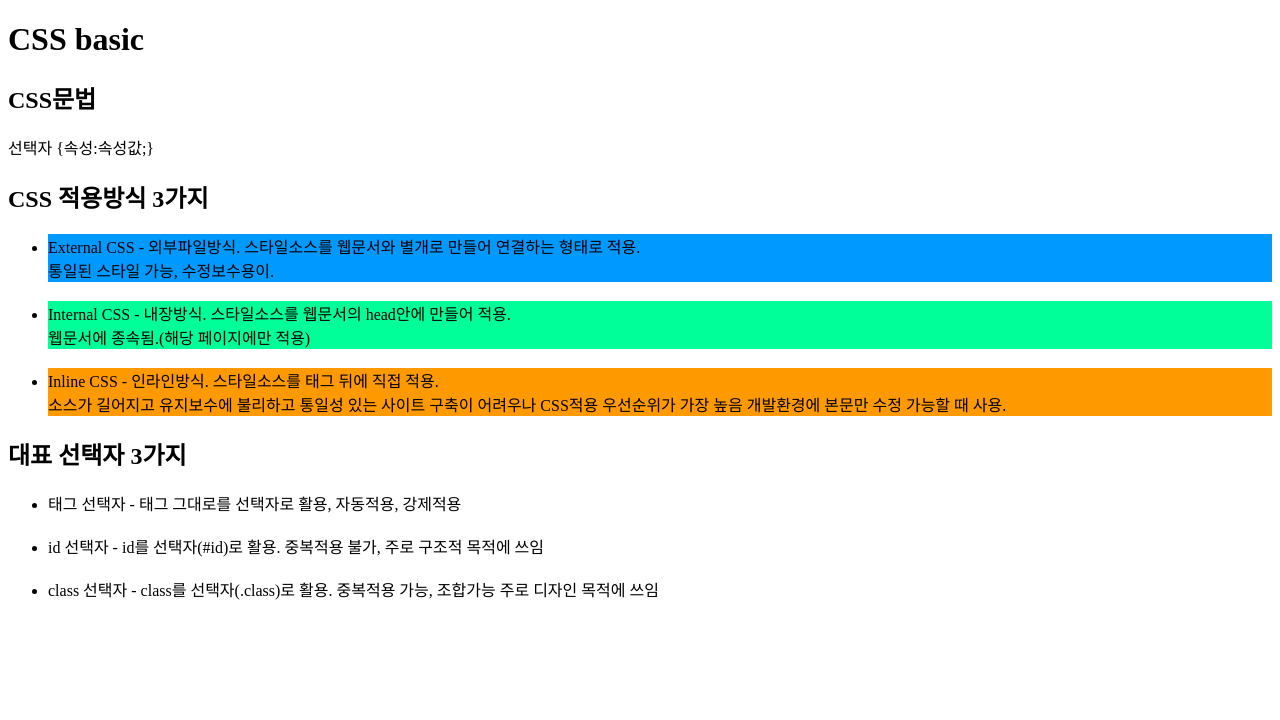
Repository: Git-Seokcoding/WEB
Page: CSS3/src/main/webapp/basic.html
An editor plug-in stored every save of this project. The page is shown before and after the next save, followed by the edit.
The browser window is 1280 px wide. The pictures show the whole page.

Above is the page before, as saved 2023-10-12 08:14:48.

### CSS3/src/main/webapp/basic.html
<!DOCTYPE html>
<html>
<head>
<meta charset="UTF-8">
<title>CSS basic</title>
	<link href="basic.css" rel="stylesheet">
	<!--external css방식-->

	<style type="text/css">
	/*internal css방식 */
		li {margin-bottom: 1.2em;}
		#in {background-color:#0f9;}
	</style>
</head>
<body>
	<h1>CSS basic</h1>
	<h2>CSS문법</h2>
	<p>선택자 {속성:속성값;}</p>

	<h2>CSS 적용방식 3가지</h2>
	<ul>
		<li id="ex">External CSS
		- 외부파일방식. 스타일소스를 웹문서와 별개로 만들어 연결하는 형태로 적용. <br>
		  통일된 스타일 가능, 수정보수용이.</li>
		<li id="in">Internal CSS
		- 내장방식. 스타일소스를 웹문서의 head안에 만들어 적용.<br>
		  웹문서에 종속됨.(해당 페이지에만 적용)</li>
		<li style="background-color: #f90;">Inline CSS
		<!--Inline css방식 -->
		- 인라인방식. 스타일소스를 태그 뒤에 직접 적용. <br>
		  소스가 길어지고 유지보수에 불리하고 통일성 있는 사이트 구축이 어려우나 CSS적용 우선순위가 가장 높음
		  개발환경에 본문만 수정 가능할 때 사용.</li>
	</ul>

	<h2>대표 선택자 3가지</h2>
	<ul>
	<li>태그 선택자  - 태그 그대로를 선택자로 활용, 자동적용, 강제적용</li>
	<li>id 선택자 - id를 선택자(#id)로 활용. 중복적용 불가, 주로 구조적 목적에 쓰임</li>
	<li>class 선택자 - class를 선택자(.class)로 활용. 중복적용 가능, 조합가능 주로 디자인 목적에 쓰임</li>
	</ul>
</body>
</html>

### CSS3/src/main/webapp/basic.css
@charset "UTF-8";
#ex {background-color: #09f;}

After the next save:
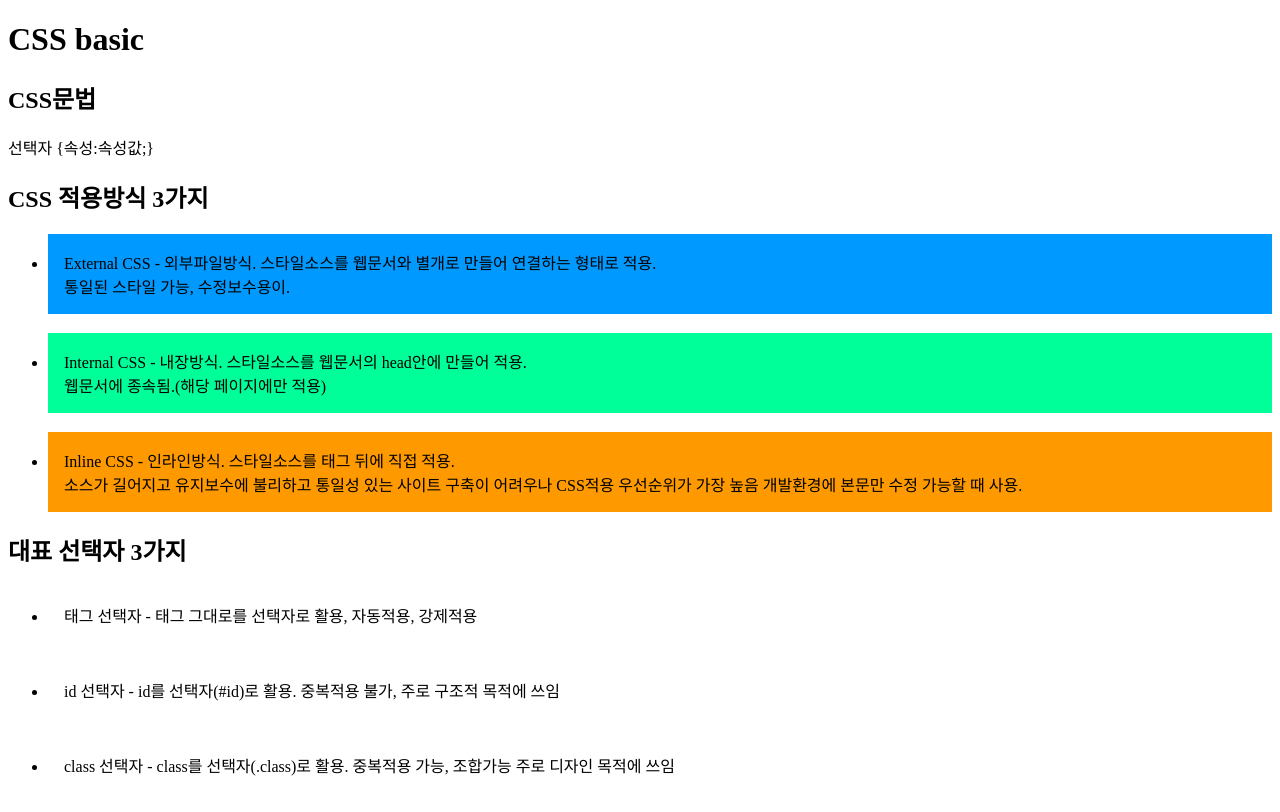
Saved 53 s later.
--- a/CSS3/src/main/webapp/basic.html
+++ b/CSS3/src/main/webapp/basic.html
@@ -8,7 +8,11 @@
 
 	<style type="text/css">
 	/*internal css방식 */
-		li {margin-bottom: 1.2em;}
+		li {margin-bottom: 1.2em;
+			/*줄간격조절*/
+			padding: 1em;
+
+		}
 		#in {background-color:#0f9;}
 	</style>
 </head>

After the save that followed:
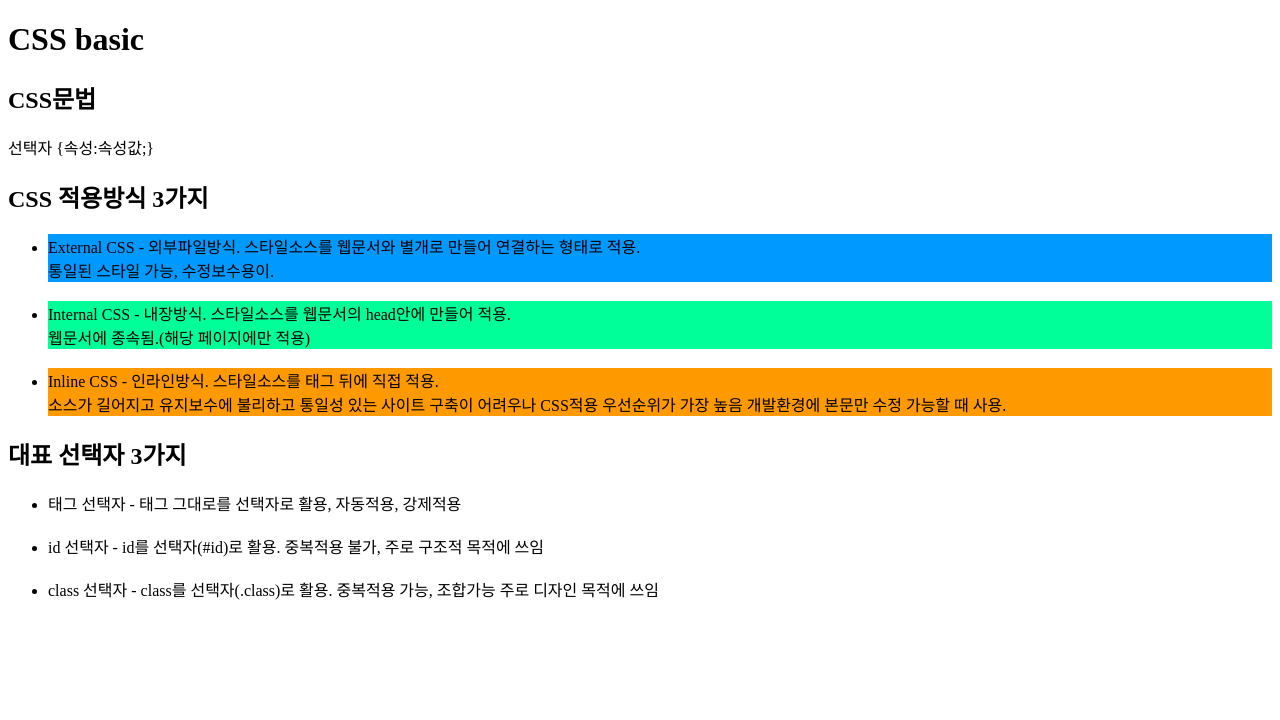
Saved 22 s later.
--- a/CSS3/src/main/webapp/basic.html
+++ b/CSS3/src/main/webapp/basic.html
@@ -10,7 +10,7 @@
 	/*internal css방식 */
 		li {margin-bottom: 1.2em;
 			/*줄간격조절*/
-			padding: 1em;
+/* 			padding: 1em; */
 
 		}
 		#in {background-color:#0f9;}
